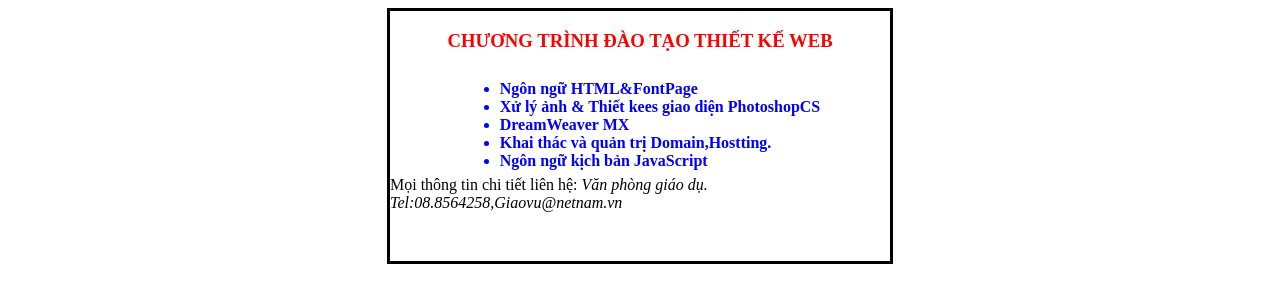
Repository: Tan-Khang21/TH_TKW--Buoi_01
Page: Buoi_01/BT_tren_lop/BT_04/DS2.html
An editor plug-in stored every save of this project. The page is shown before and after the next save, followed by the edit.
The browser window is 1280 px wide. The pictures show the whole page.

Above is the page before, as saved 2024-01-19 09:33:53.

After the next save:
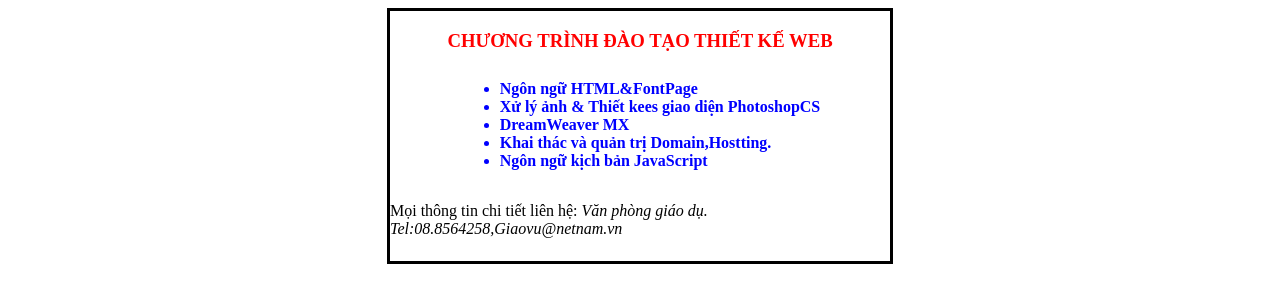
Saved 5 s later.
--- a/Buoi_01/BT_tren_lop/BT_04/DS2.css
+++ b/Buoi_01/BT_tren_lop/BT_04/DS2.css
@@ -19,5 +19,5 @@
   }
   p{
 
-    margin-top: -10px;
+
   }
